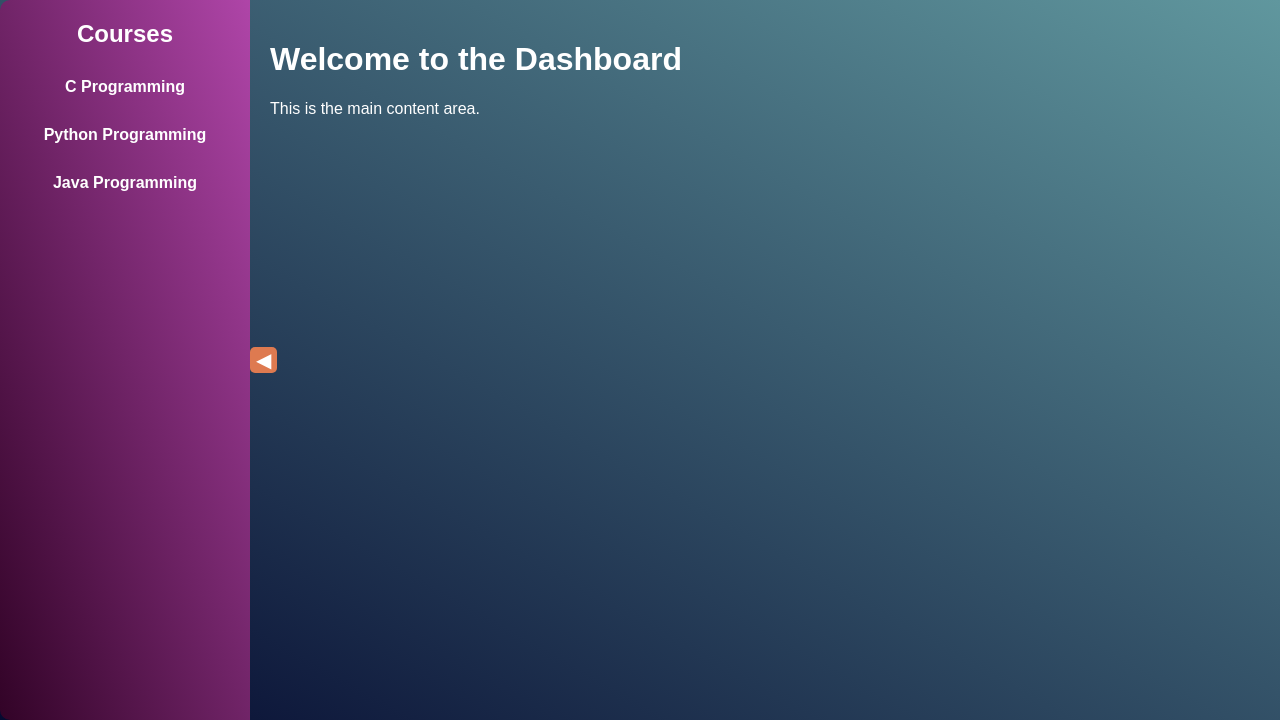
Repository: RishitSharma88/SeaGro
Page: templates/learningcourses.html
These files come from the project's save history. The page is drawn as it stood at one moment and after the next save; the edit follows.
The browser window is 1280 px wide. The pictures show the whole page.
The template is drawn by Flask 3. The application's start-up code is not run. The template is opened directly, without the code that normally fills it, so the values that code supplies are empty.

Above is the page before, as saved 2024-12-27 18:01:25.

After the next save:
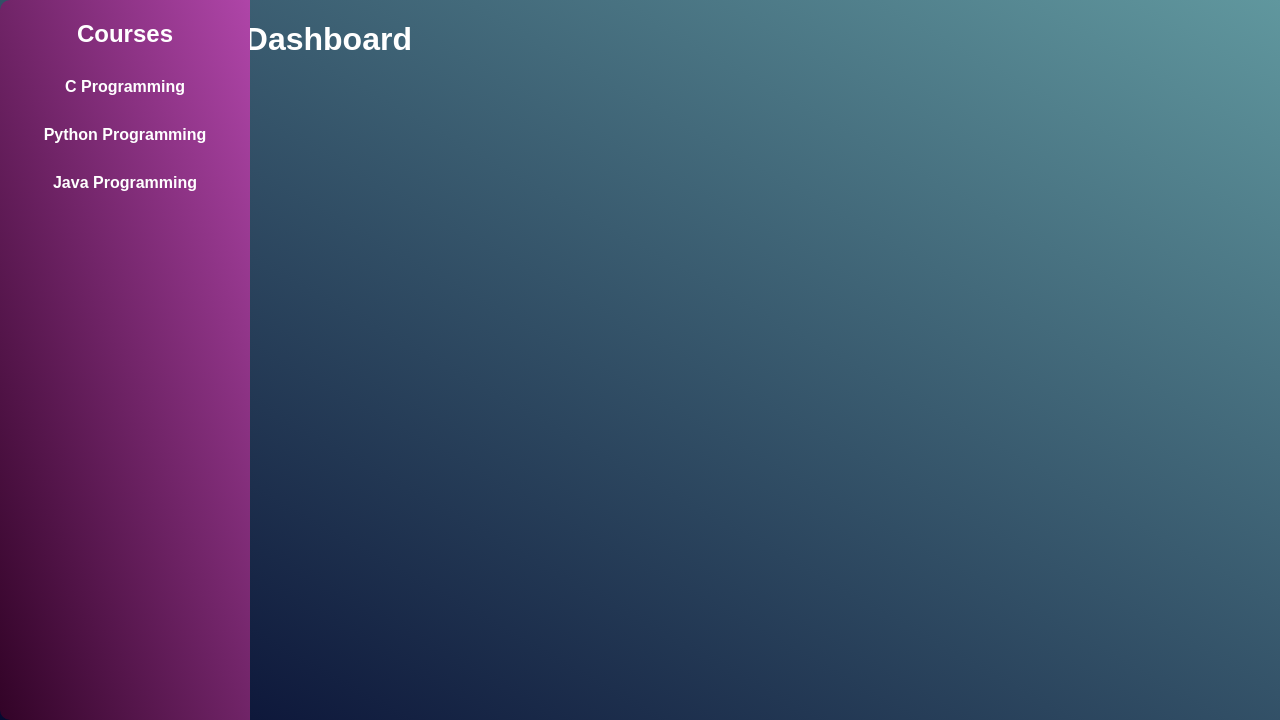
Saved 12 min 54 s later.
--- a/templates/learningcourses.html
+++ b/templates/learningcourses.html
@@ -31,18 +31,12 @@
             top: 0;
             transition: transform 0.3s ease;
         }
-
-        .sidebar.collapsed {
-            transform: translateX(-250px);
-        }
-
         .h {
             font-size: 24px;
             font-weight: bold;
             text-align: center;
             margin: 20px 0;
         }
-
         .side-links {
             display: flex;
             flex-direction: column;
@@ -66,10 +60,18 @@
             background-color: rgba(255, 255, 255, 0.2);
         }
 
+        /*.sidebar.collapsed {
+            transform: translateX(-250px);
+        }
+
+
+
+
+
         .toggle-btn {
             position: fixed;
             top: 50%;
-            left: 250px; /* Start next to the sidebar */
+            left: 250px;
             transform: translateY(-50%);
             background: #de7a50;
             color: #fff;
@@ -81,7 +83,7 @@
         }
 
         .toggle-btn.collapsed {
-            left: 0; /* Stick to the left edge when sidebar is collapsed */
+            left: 0;
         }
 
         .main-content {
@@ -93,7 +95,7 @@
 
         .sidebar.collapsed + .main-content {
             margin-left: 0;
-        }
+        }*/
     </style>
 </head>
 <body>
@@ -105,14 +107,14 @@
             <a href="coursetemp.html">Java Programming</a>
         </div>
     </div>
-    <button class="toggle-btn">&#9664;</button> <!-- Left arrow -->
+    <!-- <button class="toggle-btn">&#9664;</button> -->
 
     <div class="main-content">
         <h1>Welcome to the Dashboard</h1>
         <p>This is the main content area.</p>
     </div>
 
-    <script>
+    <!-- <script>
         const sidebar = document.querySelector('.sidebar');
         const toggleBtn = document.querySelector('.toggle-btn');
 
@@ -120,9 +122,9 @@
             sidebar.classList.toggle('collapsed');
             toggleBtn.classList.toggle('collapsed');
 
-            // Change the arrow direction
+
             toggleBtn.innerHTML = sidebar.classList.contains('collapsed') ? '&#9654;' : '&#9664;';
         });
-    </script>
+    </script> -->
 </body>
 </html>
